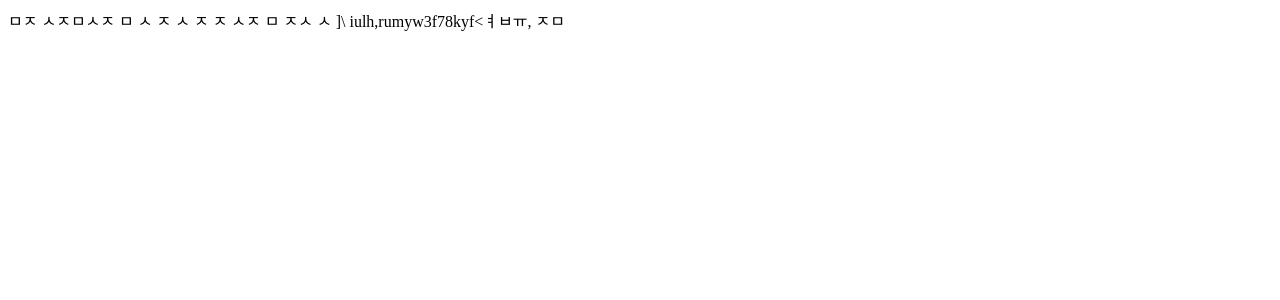
Repository: pinokio531/date_application
Page: http://localhost/doogeunDate/testfile.jsp
These files come from the project's save history. The page is drawn as it stood at one moment and after the next save; the edit follows.
The browser window is 1280 px wide. The pictures show the whole page.
The page is served by Tomcat 9.

Above is the page before, as saved 2019-06-04 09:16:30.

After the next save:
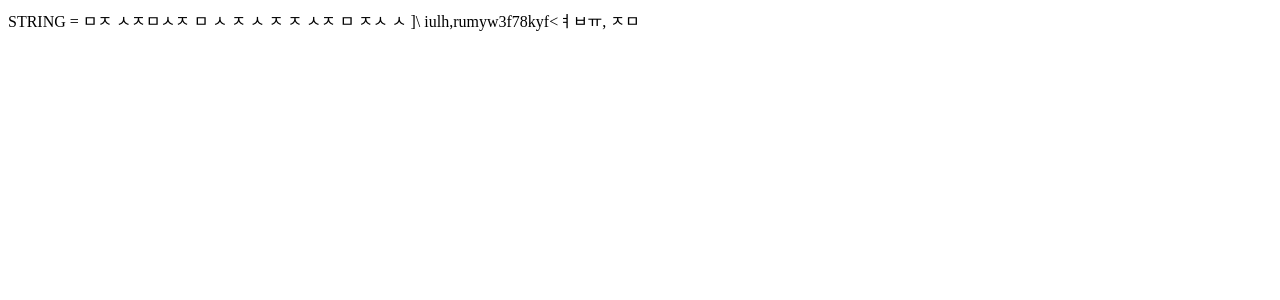
Saved 13 s later.
--- a/doogeunDate/WebContent/testfile.jsp
+++ b/doogeunDate/WebContent/testfile.jsp
@@ -1,6 +1,7 @@
 <%@ page language="java" contentType="text/html; charset=EUC-KR"
     pageEncoding="EUC-KR"%>
     <%@ page errorPage = "error/errorpage.jsp" %>
+    STRING =
 <!DOCTYPE html>
 <html>ㅁㅈ ㅅㅈㅁㅅㅈ
 ㅁ
